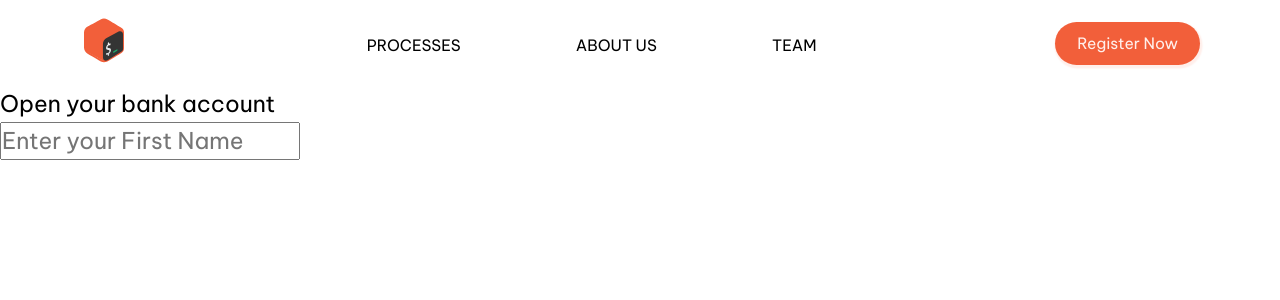
Repository: Esraa22M/Banking_Site
Page: index.html
These files come from the project's save history. The page is drawn as it stood at one moment and after the next save; the edit follows.
The browser window is 1280 px wide. The pictures show the whole page.

Above is the page before, as saved 2022-10-31 16:22:05.

After the next save:
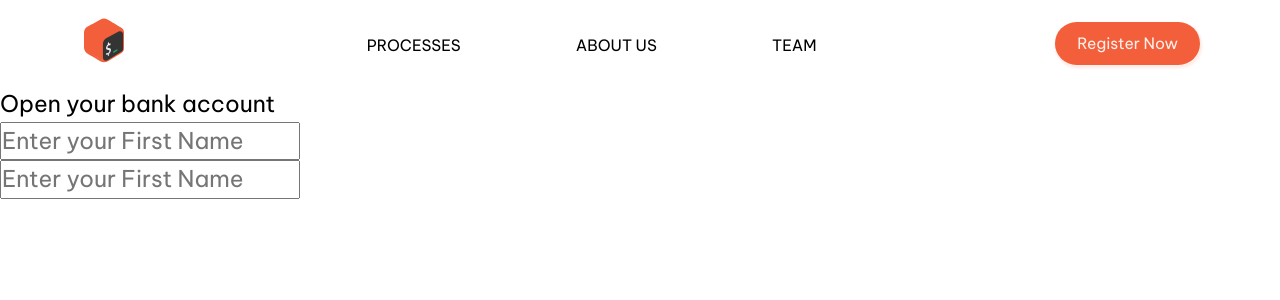
Saved 23 s later.
--- a/index.html
+++ b/index.html
@@ -47,6 +47,9 @@
                 <div><label for="first name" class="sr-only">First Name</label>
                     <input type="text" class="first_name" placeholder="Enter your First Name" />
                 </div>
+                <div><label for="last name" class="sr-only">Last Name</label>
+                    <input type="text" class="first_name" placeholder="Enter your First Name" />
+                </div>
             </form>
         </section>
     </main>
